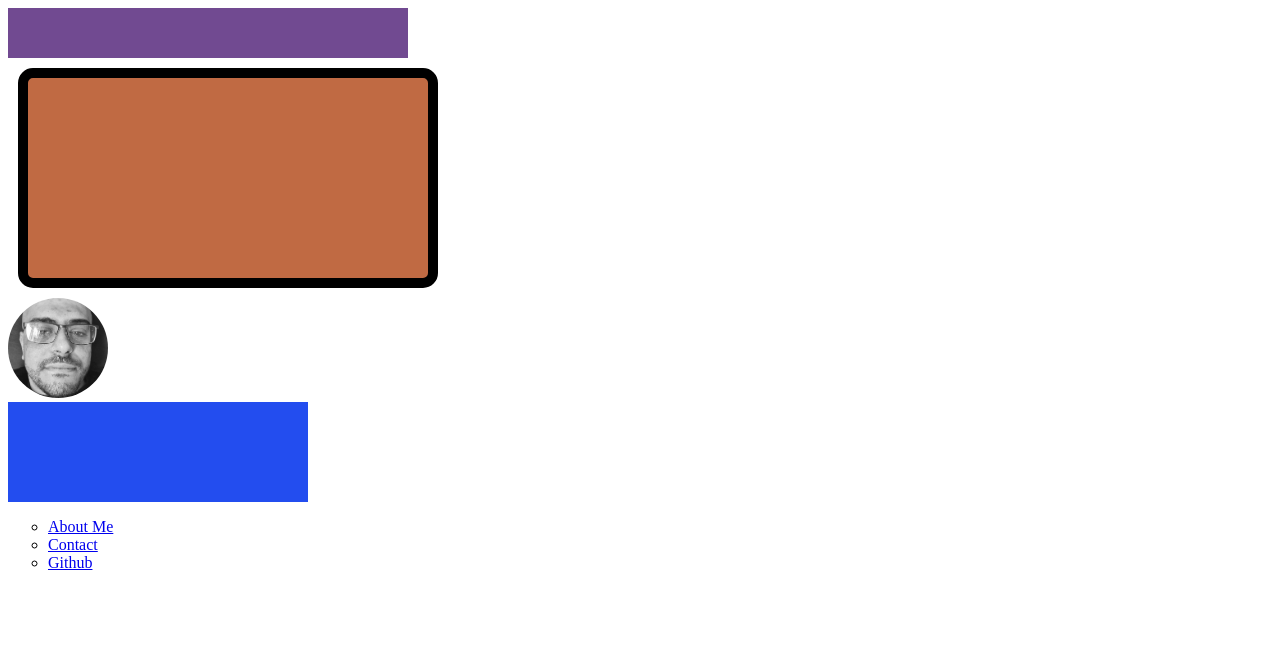
Repository: Mohzagou/Eersteportofolio
Page: index.html
An editor plug-in stored every save of this project. The page is shown before and after the next save, followed by the edit.
The browser window is 1280 px wide. The pictures show the whole page.

Above is the page before, as saved 2022-06-07 18:50:16.

### index.html
<!DOCTYPE html>

<head>
    <link rel="stylesheet" href="styles.css" />
    <meta charset="UTF-8">

    <title>Document</title>
</head>

<body>

    <header></header>
    <div class="about-me"></div>
    <img class="avatar" src="images/67gwzvy.jpeg" alt="Mohamed Zagoudi headshot " />
    <div>
        <section></section>
        <footer>
            <ul style="list-style-type: circle ">
                <li><a href=" ">About Me</a></li>
                <li><a href=" ">Contact</a></li>
                <li><a href="https://github.com/Mohzagou ">Github</a>
                </li>

            </ul>
        </footer>




</body>



</html>

### styles.css
header {
    width: 400px;
    height: 50px;
    background-color: rgb(113, 74, 145);
}

section {
    width: 300px;
    height: 100px;
    background-color: #234def;
}

.about-me {
    width: 400px;
    height: 200px;
    background-color: rgb(177, 69, 21, 0.8);
    margin: 10px;
    border: solid black 10px;
    border-radius: 15px;
}

.avatar {
    width: 100px;
    border-radius: 50px;
}

After the next save:
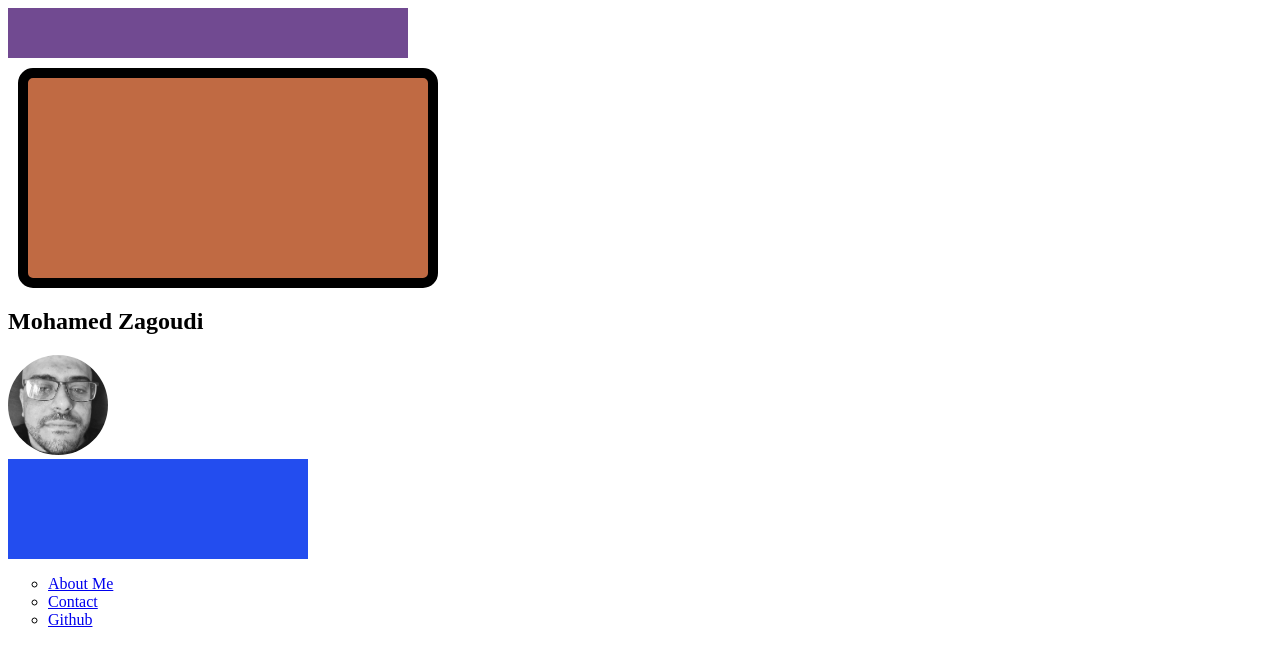
Saved 13 min 55 s later.
--- a/index.html
+++ b/index.html
@@ -11,6 +11,7 @@
 
     <header></header>
     <div class="about-me"></div>
+    <h2 id="name">Mohamed Zagoudi</h2>
     <img class="avatar" src="images/67gwzvy.jpeg" alt="Mohamed Zagoudi headshot " />
     <div>
         <section></section>
